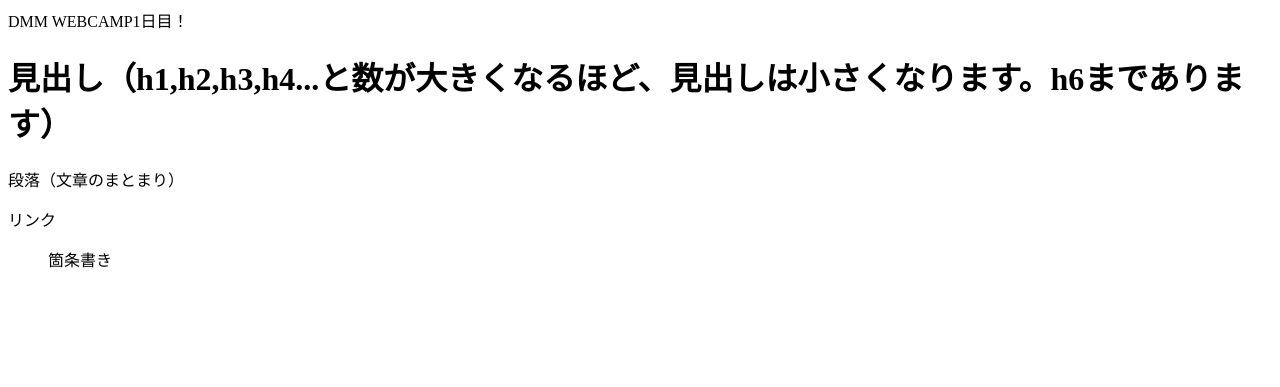
Repository: tnakahashi/sample
Page: sample/sample.html
The author's editor kept a record of every edit. The page is drawn from the files as they stood at one moment, then again after the next edit.
The browser window is 1280 px wide. The pictures show the whole page.

Above is the page before.

### sample/sample.html
<!DOCTYPE HTML>
<html lang="ja">
  <head>
    <meta charset="UTF-8" />
    <title>初めてのHTML</title>
    <link rel="stylesheet" href="style.css" />
  </head>

  <body>
    DMM WEBCAMP1日目！
    <h1>見出し（h1,h2,h3,h4...と数が大きくなるほど、見出しは小さくなります。h6まであります）</h1>
    <p>段落（文章のまとまり）</p>
    <a>リンク</a>
    <ul>箇条書き</ul>
  </body>
</html>

### sample/style.css
#word-red {
  color: red;
}

.blue-word {
  color: blue;
}

After the next edit:
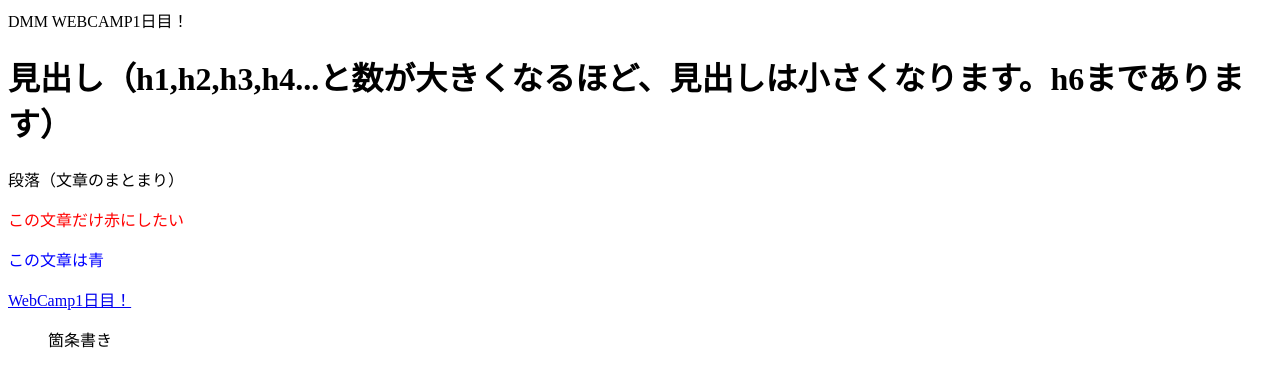
The edit:
--- a/sample/sample.html
+++ b/sample/sample.html
@@ -10,7 +10,9 @@
     DMM WEBCAMP1日目！
     <h1>見出し（h1,h2,h3,h4...と数が大きくなるほど、見出しは小さくなります。h6まであります）</h1>
     <p>段落（文章のまとまり）</p>
-    <a>リンク</a>
+    <p id="word-red">この文章だけ赤にしたい</p>
+    <p class ="blue-word">この文章は青</p>
+    <a href="https://web-camp.io/">WebCamp1日目！</a>
     <ul>箇条書き</ul>
   </body>
 </html>
